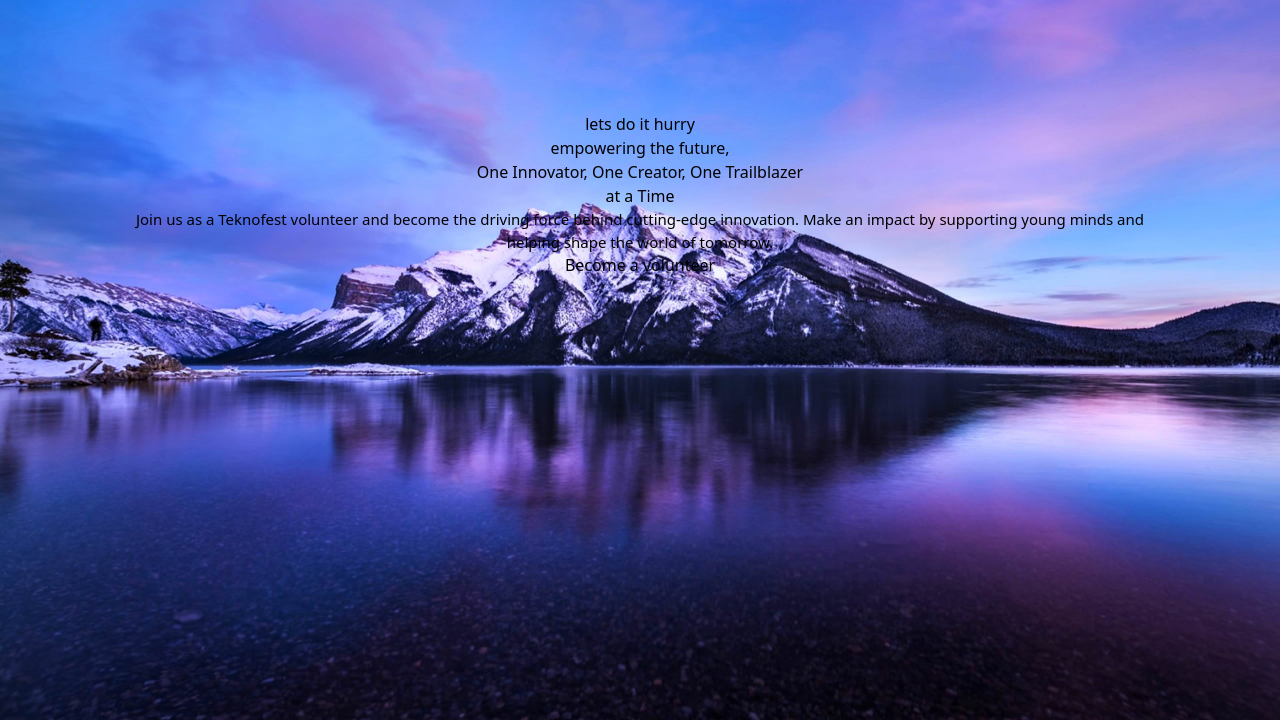
Repository: ManaheelJamil/TechnoFest-competetion
Page: /
The author's editor kept a copy of each file at every save. The page is drawn from the files as they stood at one save, then again after the next save.
The browser window is 1280 px wide. The pictures show the whole page.
The project was rebuilt for these pictures with package versions that can differ from the ones it lists, and the page was loaded fresh each time. The framework's server and built-in components were replaced by stand-ins that run in the browser. Also part of the build but not shown: next.config.mjs.

Above is the page before, as saved 2024-10-13 13:17:33.

### app/layout.js
import localFont from "next/font/local";
import "./globals.css";
const geistSans = localFont({
  src: "./fonts/GeistVF.woff",
  variable: "--font-geist-sans",
  weight: "100 900",
});
const geistMono = localFont({
  src: "./fonts/GeistMonoVF.woff",
  variable: "--font-geist-mono",
  weight: "100 900",
});

export const metadata = {
  title: "Create Next App",
  description: "Generated by create next app",
};

export default function RootLayout({ children }) {
  return (
    <html lang="en">
      <body
        className={`${geistSans.variable} ${geistMono.variable} antialiased`}
      >

        {children}

      </body>
    </html>
  );
}

### app/page.js
import Irtizatask from "./compoenent/irtizatask";
export default function Home() {
  return (
    <div>
      <Irtizatask/>
    </div>
  );
}

### app/globals.css
@tailwind base;
@tailwind components;
@tailwind utilities;
.banner{
    background-image: url('/taskimage.jpg');
    background-position: center;
    background-size: cover;
    background-repeat: no-repeat;
    width: 100%;
    height: 100vh;
}

### app/compoenent/irtizatask.js
import React from 'react'

const Irtizatask = () => {
  return (
    <div className='flex justify-center  w-full h-100vh banner' >

        <div className='flex flex-col justify-items-center text- text-center items-center m-28'  >
        <p className=''>
            lets do it hurry
        </p>
        <p>
            empowering the future,
            <p>
            One Innovator, One Creator, One Trailblazer
            </p>
            at a Time
        </p>

            <p className='text-[15px]'>
            Join us as a Teknofest volunteer and become the driving force behind cutting-edge innovation. Make an impact by supporting young minds and helping shape the world of tomorrow.
            </p>
            <button>
                Become a volunteer
            </button>
            </div>

    </div>
  )
}

export default Irtizatask

Loaded but not shown: tailwind.config.js (common file)

After the next save:
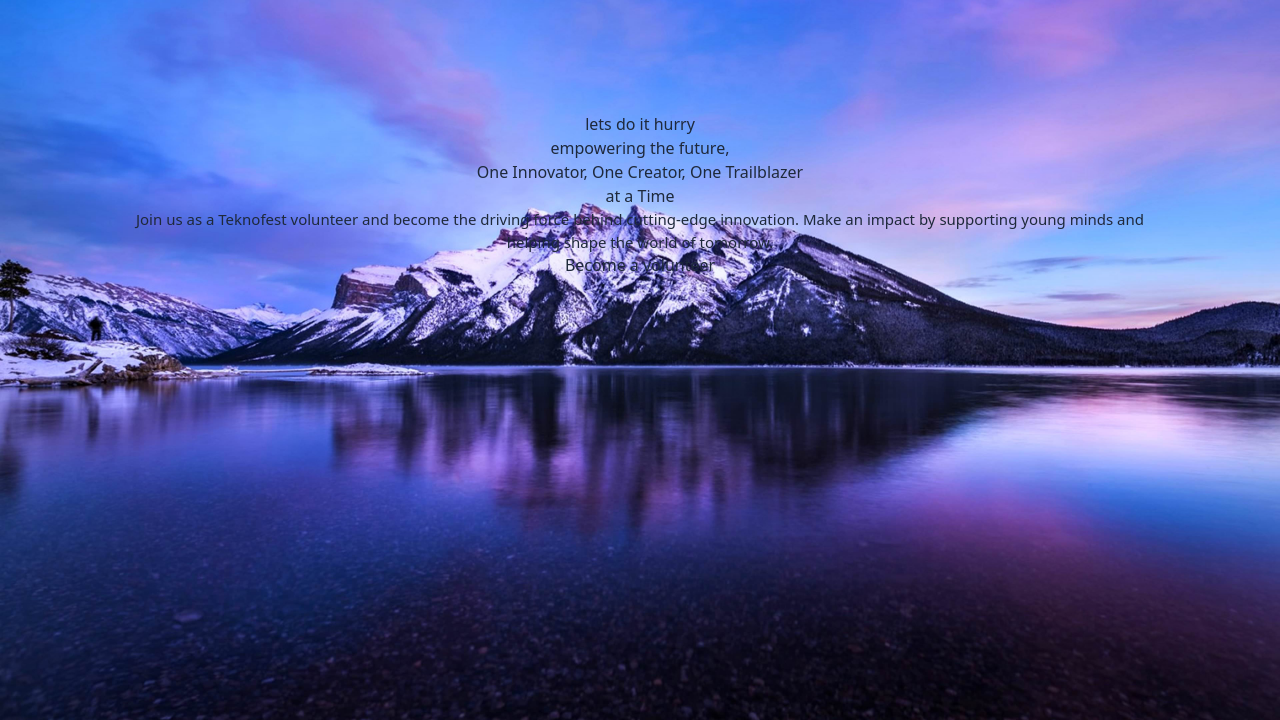
Saved 14 s later.
--- a/app/compoenent/irtizatask.js
+++ b/app/compoenent/irtizatask.js
@@ -4,7 +4,7 @@ const Irtizatask = () => {
   return (
     <div className='flex justify-center  w-full h-100vh banner' >
 
-        <div className='flex flex-col justify-items-center text- text-center items-center m-28'  >
+        <div className='flex flex-col justify-items-center text-slate-800 text-center items-center m-28'  >
         <p className=''>
             lets do it hurry
         </p>
